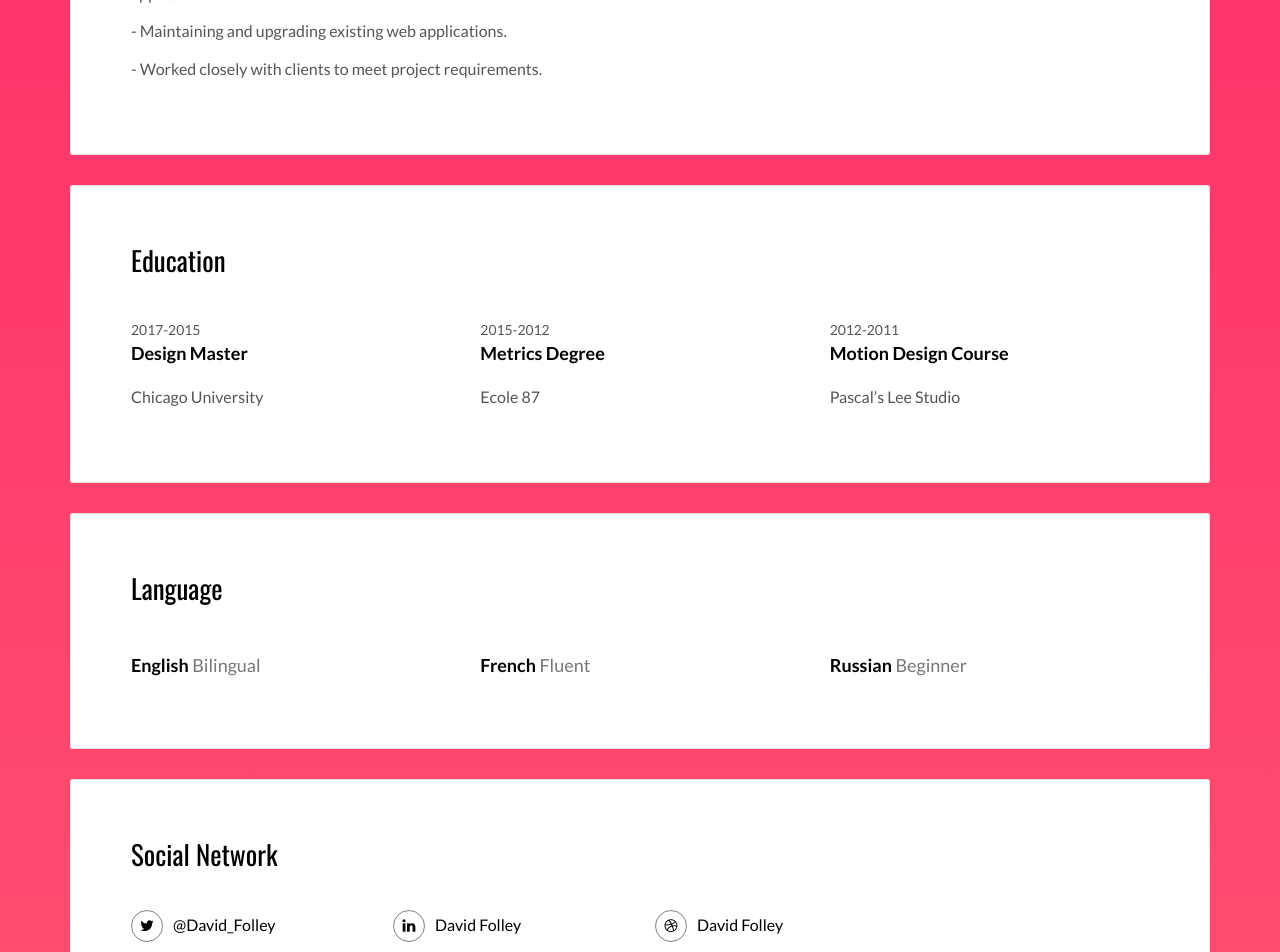
Repository: Ankit-singh7/work_with_ankit.github.io
Page: index.html
An editor plug-in stored every save of this project. The page is shown before and after the next save, followed by the edit.
The browser window is 1280 px wide. The pictures show the part of the page from y = 2060 to 3012 px (the page is 4119 px tall before and 4454 px after).
A picture or video elsewhere on the page could not be fetched, so the positions and the page height are approximate.

Above is the page before, as saved 2021-03-03 19:35:09.

### index.html
<!DOCTYPE html>
<html lang="en">

<head>
  <meta charset="UTF-8">
  <meta content="IE=edge" http-equiv="X-UA-Compatible">
  <meta content="width=device-width,initial-scale=1" name="viewport">
  <meta content="description" name="description">
  <meta name="google" content="notranslate" />
  <meta content="Mashup templates have been developped by Orson.io team" name="author">

  <!-- Disable tap highlight on IE -->
  <meta name="msapplication-tap-highlight" content="no">

  <link rel="apple-touch-icon" sizes="180x180" href="./assets/apple-icon-180x180.png">
  <link href="./assets/images/img.jpg" rel="icon">

  <title>PORTFOLIO</title>

 <link href="./main.d8e0d294.css" rel="stylesheet"></head>

<body class="">

<!-- Add your content of header -->
<div class="background-color-layer" style="background-image: url('assets/images/img-01.jpg')"
></div>
<main class="content-wrapper">
  <header class="white-text-container section-container">
    <div class="text-center">
      <h1>I am Ankit Singh</h1>
      <p>Software Developer</p>
      <p>
        <a class="fa-icon fa-icon-2x" href="https://facebook.com/" title="">
          <i class="fa fa-facebook"></i>
        </a>
        <a class="fa-icon fa-icon-2x" href="https://twitter.com/" title="">
          <i class="fa fa-twitter"></i>
        </a>
        <a class="fa-icon fa-icon-2x" href="https://dribbble.com/" title="">
          <i class="fa fa-dribbble"></i>
        </a>
        <a class="fa-icon fa-icon-2x" href="https://www.linkedin.com/" title="">
          <i class="fa fa-linkedin"></i>
        </a>
        <a class="fa-icon fa-icon-2x" href="https://vimeo.com/" title="">
          <i class="fa fa-vimeo"></i>
        </a>
      </p>
    </div>
  </header>



<!-- Add your site or app content here -->

 <div class="container">
   <div class="row">
     <div class="col-xs-12">

        <div class="card">
          <div class="card-block">
            <h2>About me</h2>
            <div class="row">
              <div class="col-md-4">
                <p><img src="./assets/images/img.jpg" class="img-responsive" alt=""></p>
              </div>
              <div class="col-md-8">

              <p>Software Developer with 2+ years of experience in web development and hybrid mobile application development using Angular, Ionic and React Native.</p>
              <p>A technology enthusiast with a keen
                interest in problem solving with years of
                experience in Frontend Development and
                Hybrid Mobile App Development.</p>

              </div>
            </div>
          </div>
        </div>

        <!-- <div class="card">
          <div class="card-block">
            <h2>Projects</h2>
            <div class="row">
              <div class="col-md-4">
                <img src="./assets/images/img-02.jpg" class="img-responsive" alt="">
                <h3 class="h5">Amelia App</h3>
                <p>June 2017</p>
              </div>
              <div class="col-md-4">
                <img src="./assets/images/img-03.jpg" class="img-responsive" alt="">
                <h3 class="h5">Portland</h3>
                <p>March 2017</p>
              </div>
              <div class="col-md-4">
                <img src="./assets/images/img-04.jpg" class="img-responsive" alt="">
                <h3 class="h5">Denz for Nilon</h3>
                <p>Jan 2017</p>
              </div>
            </div>
          </div>
        </div> -->

        <div class="card">
          <div class="card-block">
            <h2>Projects</h2>
            <div id="carousel-example-generic" class="carousel slide" data-ride="carousel">


            <!-- Wrapper for slides -->
            <div class="carousel-inner" role="listbox">
              <div class="item active">
                <img src="./assets/images/ref.png" class="img-responsive" alt="...">
                <div class="carousel-caption">
                  <h3 class="h5">REF App (Made with Ionic)</h3>
                  <h4>Employer - Techpro Studio</h4>
                  <p>11/2020 - 03/2021</p>
                </div>
              </div>
              <div class="item">
                <img src="./assets/images/engage.png" class="img-responsive" alt="...">
                <div class="carousel-caption">
                  <h3 class="h5">Engage Local (Made with Ionic)</h3>
                  <h4>Employer - Techpro Studio</h4>
                  <p>12/2019 - 05/2020</p>
                </div>
              </div>

              <div class="item">
                <img src="./assets/images/Drag.png" class="img-responsive" alt="...">
                <div class="carousel-caption">
                  <h3 class="h5">Drag & Drop Website Builder (Made with grapesjs)</h3>
                  <h4>Employer - Techpro Studio</h4>
                  <p>06/2020 - 03/2021</p>
                </div>
              </div>
              <div class="item">
                <img src="./assets/images/caters.png" class="img-responsive" alt="...">
                <div class="carousel-caption">
                  <h3 class="h5">Caters App (Made with Ionic)</h3>
                  <h4>Employer - Techpro Studio</h4>
                  <p>08/2020 - 01/2021</p>
                </div>
              </div>
            </div>

            <!-- Indicators -->
            <ol class="carousel-indicators">
              <li data-target="#carousel-example-generic" data-slide-to="0" class="active"></li>
              <li data-target="#carousel-example-generic" data-slide-to="1"></li>
              <li data-target="#carousel-example-generic" data-slide-to="2"></li>
              <li data-target="#carousel-example-generic" data-slide-to="3"></li>
            </ol>

          </div>
          </div>
        </div>

        <div class="card">
          <div class="card-block">
            <h2>Work</h2>
            <div class="work-experience">
              <small class="date">03/2019-Present</small>
              <h3 class="h5 date-title">Software developer - <a href="http://en.orson.io" title="Create professionnal website">Techpro Studio</a></h3>


              <p>- Created and apply UI requirements utilizing Angular Framework, Ionic and React Native to create various web applications and hybrid mobile applications.</p>
              <p>- Maintaining and upgrading existing web applications.</p>
              <p>- Worked closely with clients to meet project requirements.</p>
            </div>


          </div>
        </div>


        <div class="card">
          <div class="card-block">
            <h2>Education</h2>
            <div class="row">
              <div class="col-md-4">
                <div class="education-experience">
                  <small class="date">2017-2015</small>
                  <h3 class="h5 date-title">Design Master</h3>
                  <p>Chicago University</p>
                </div>

              </div>
              <div class="col-md-4">
                <div class="education-experience">
                  <small class="date">2015-2012</small>
                  <h3 class="h5 date-title">Metrics Degree</h3>
                  <p>Ecole 87</p>
                </div>
              </div>
              <div class="col-md-4">
                <div class="education-experience">
                  <small class="date">2012-2011</small>
                  <h3 class="h5 date-title">Motion Design Course</h3>
                  <p>Pascal’s Lee Studio</p>
                </div>
              </div>
            </div>
          </div>
        </div>

        <div class="card">
          <div class="card-block">
            <h2>Language</h2>
            <div class="row">
              <div class="col-md-4">
                <div class="language-experience">
                  <h3 class="h5">English  <small>Bilingual</small></h3>
                </div>
              </div>
              <div class="col-md-4">
                <div class="language-experience">
                  <h3 class="h5">French  <small>Fluent</small></h3>
                </div>
              </div>
              <div class="col-md-4">
                <div class="language-experience">
                  <h3 class="h5">Russian  <small>Beginner</small></h3>
                </div>
              </div>
            </div>
          </div>
        </div>



        <div class="card">
          <div class="card-block">
            <h2>Social Network</h2>
            <div class="row">
              <div class="col-md-3">
                <p class="social-buttons"><a href="https://twitter.com/" title=""><span class="social-round-icon fa-icon"><i class="fa fa-twitter"></i></span>@David_Folley</a></p>
              </div>
              <div class="col-md-3">
                <p class="social-buttons"><a href="https://www.linkedin.com/" title=""><span class="social-round-icon fa-icon"><i class="fa fa-linkedin"></i></span>David Folley</a></p>
              </div>
              <div class="col-md-3">
                <p class="social-buttons"><a href="https://dribbble.com/" title=""><span class="social-round-icon fa-icon"><i class="fa fa-dribbble"></i></span>David Folley</a></p>
              </div>
            </div>
          </div>
        </div>

        <div class="card">
          <div class="card-block">
            <h2>Contact</h2>
            <form action="" class="reveal-content">
              <div class="form-group">
                <input type="email" class="form-control" id="email" placeholder="Email">
              </div>
              <div class="form-group">
                <input type="text" class="form-control" id="subject" placeholder="Subject">
              </div>
              <div class="form-group">
                <textarea class="form-control" rows="5" placeholder="Enter your message"></textarea>
              </div>
              <div class="form-group">
                <button type="submit" class=" btn btn-primary">Send message</button>
              </div>
            </form>
          </div>
        </div>

     </div>
   </div>
 </div>

</main>
<footer class="footer-container white-text-container text-center">
  <div class="container">
    <div class="row">
      <div class="col-xs-12">
        <p><img src="./assets/images/mashup-icon.svg" alt=""></p>

        <p>©All right reserved. Design <a href="http://www.mashup-template.com/" title="Create website with free html template">Mashup Template</a>/<a href="https://unsplash.com/" title="Beautiful Free Images">Unsplash</a></p>
        <p>
          <a class="fa-icon fa-icon-2x" href="https://facebook.com/" title="">
            <i class="fa fa-facebook"></i>
          </a>
          <a class="fa-icon fa-icon-2x" href="https://twitter.com/" title="">
            <i class="fa fa-twitter"></i>
          </a>
          <a class="fa-icon fa-icon-2x" href="https://dribbble.com/" title="">
            <i class="fa fa-dribbble"></i>
          </a>
          <a class="fa-icon fa-icon-2x" href="https://www.linkedin.com/" title="">
            <i class="fa fa-linkedin"></i>
          </a>
          <a class="fa-icon fa-icon-2x" href="https://vimeo.com/" title="">
            <i class="fa fa-vimeo"></i>
          </a>
        </p>
      </div>
    </div>
  </div>
</footer>

<script>
  document.addEventListener("DOMContentLoaded", function (event) {
     scrollRevelation('.card');
  });
</script>
<!-- Google Analytics: change UA-XXXXX-X to be your site's ID

<script>
  (function (i, s, o, g, r, a, m) {
    i['GoogleAnalyticsObject'] = r; i[r] = i[r] || function () {
      (i[r].q = i[r].q || []).push(arguments)
    }, i[r].l = 1 * new Date(); a = s.createElement(o),
      m = s.getElementsByTagName(o)[0]; a.async = 1; a.src = g; m.parentNode.insertBefore(a, m)
  })(window, document, 'script', '//www.google-analytics.com/analytics.js', 'ga');
  ga('create', 'UA-XXXXX-X', 'auto');
  ga('send', 'pageview');
</script>

--><script type="text/javascript" src="./main.bc58148c.js"></script></body>

</html>

Loaded but not shown: main.d8e0d294.css (library); main.bc58148c.js (library)

After the next save:
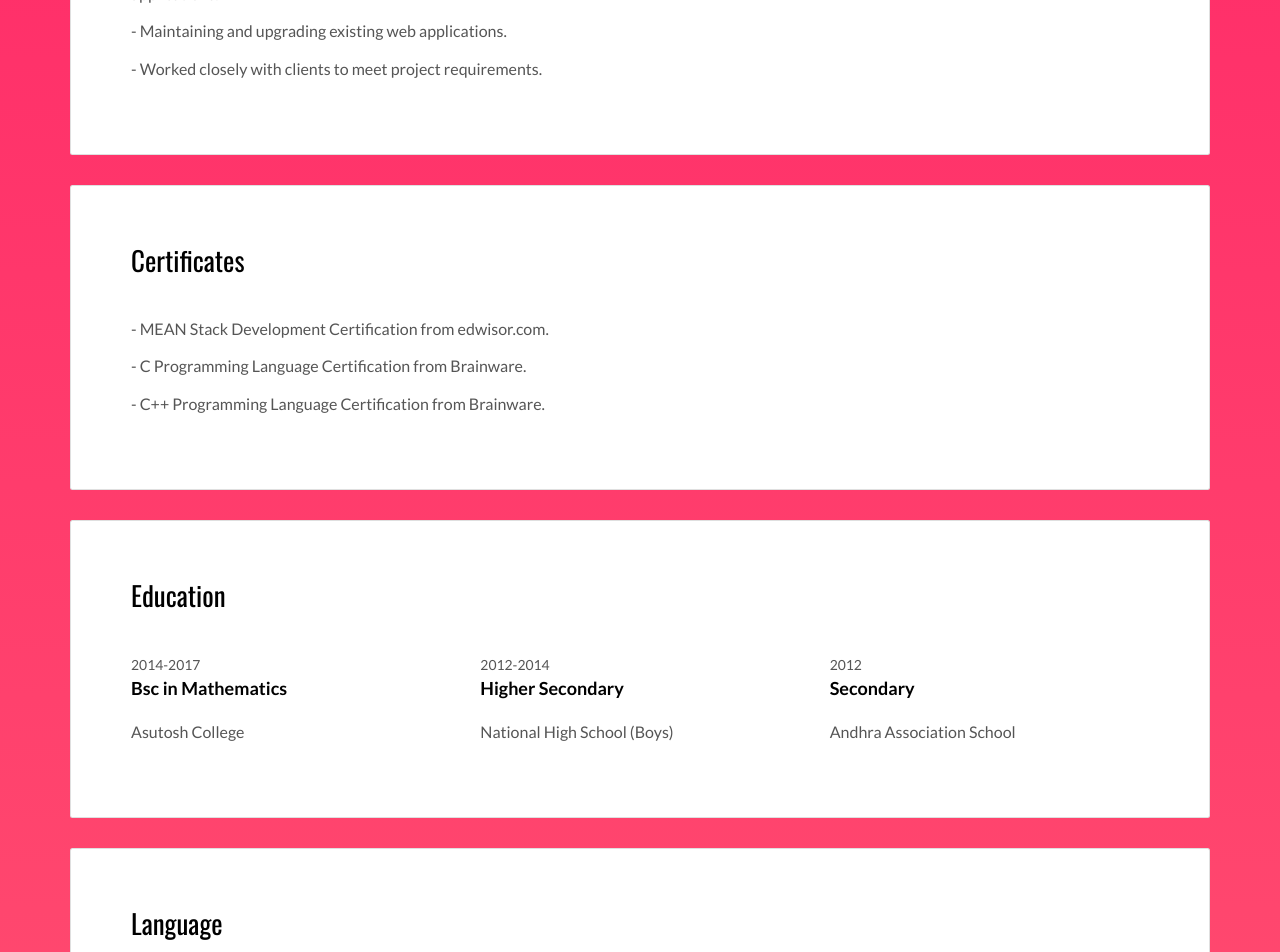
Saved 5 min 0 s later.
--- a/index.html
+++ b/index.html
@@ -171,6 +171,18 @@
 
           </div>
         </div>
+        <div class="card">
+          <div class="card-block">
+            <h2>Certificates</h2>
+            <div class="work-experience">
+              <p>- MEAN Stack Development Certification from edwisor.com.</p>
+              <p>- C Programming Language Certification from Brainware.</p>
+              <p>- C++ Programming Language Certification from Brainware.</p>
+            </div>
+
+
+          </div>
+        </div>
 
 
         <div class="card">
@@ -179,24 +191,24 @@
             <div class="row">
               <div class="col-md-4">
                 <div class="education-experience">
-                  <small class="date">2017-2015</small>
-                  <h3 class="h5 date-title">Design Master</h3>
-                  <p>Chicago University</p>
+                  <small class="date">2014-2017</small>
+                  <h3 class="h5 date-title">Bsc in Mathematics</h3>
+                  <p>Asutosh College</p>
                 </div>
 
               </div>
               <div class="col-md-4">
                 <div class="education-experience">
-                  <small class="date">2015-2012</small>
-                  <h3 class="h5 date-title">Metrics Degree</h3>
-                  <p>Ecole 87</p>
+                  <small class="date">2012-2014</small>
+                  <h3 class="h5 date-title">Higher Secondary</h3>
+                  <p>National High School (Boys)</p>
                 </div>
               </div>
               <div class="col-md-4">
                 <div class="education-experience">
-                  <small class="date">2012-2011</small>
-                  <h3 class="h5 date-title">Motion Design Course</h3>
-                  <p>Pascal’s Lee Studio</p>
+                  <small class="date">2012</small>
+                  <h3 class="h5 date-title">Secondary</h3>
+                  <p>Andhra Association School</p>
                 </div>
               </div>
             </div>
@@ -209,17 +221,17 @@
             <div class="row">
               <div class="col-md-4">
                 <div class="language-experience">
-                  <h3 class="h5">English  <small>Bilingual</small></h3>
+                  <h3 class="h5">Hindi  <small>Native</small></h3>
                 </div>
               </div>
               <div class="col-md-4">
                 <div class="language-experience">
-                  <h3 class="h5">French  <small>Fluent</small></h3>
+                  <h3 class="h5">English  <small>Professionnal</small></h3>
                 </div>
               </div>
               <div class="col-md-4">
                 <div class="language-experience">
-                  <h3 class="h5">Russian  <small>Beginner</small></h3>
+                  <h3 class="h5">Bengali  <small>Professionnal</small></h3>
                 </div>
               </div>
             </div>
